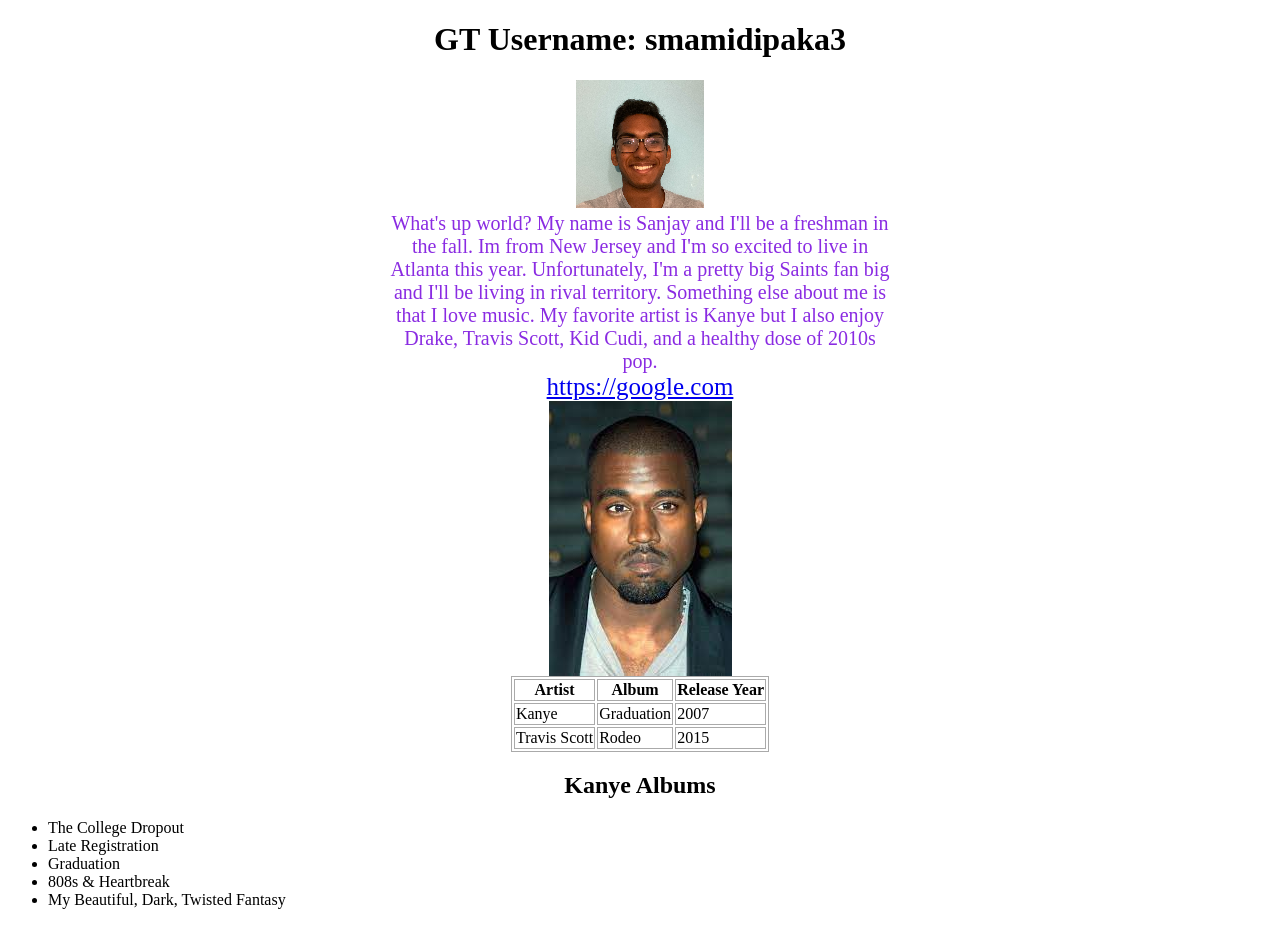
Repository: sanjayMamidipaka/cs1301
Page: lab01/index.html
The author's editor kept a copy of each file at every save. The page is drawn from the files as they stood at one save, then again after a run of saves.
The browser window is 1280 px wide. The pictures show the whole page.

Above is the page before, as saved 2021-07-22 17:03:26.

### lab01/index.html
<!DOCTYPE html>

<head>
    <link rel="stylesheet" href="style.css">
  </head>

  <div class = "h1">
    <h1>GT Username: smamidipaka3</h1>

    <img src="image.png" alt="My Picture">
    <p class = 'description'>
        What's up world? My name is Sanjay and I'll be a freshman in the fall. Im from New Jersey and I'm so excited to live in Atlanta this year.
        Unfortunately, I'm a pretty big Saints fan big and I'll be living in rival territory. Something else about me is that I love music. My favorite artist is Kanye but
        I also enjoy Drake, Travis Scott, Kid Cudi, and a healthy dose of 2010s pop.
    </p>

    <a class='link' href="https://google.com">https://google.com</a>

  </div>

  <a href="https://www.kanyewest.com/" >
    <img class='kanye' src="kanye.jpeg" alt="The GOAT's pic">
</a>

<table class='table'>
    <tr>
        <th>Artist</th>
        <th>Album</th>
        <th>Release Year</th>
    </tr>

    <tr>
        <td>Kanye</td>
        <td>Graduation</td>
        <td>2007</td>
    </tr>

    <tr>
        <td>Travis Scott</td>
        <td>Rodeo</td>
        <td>2015</td>
    </tr>
</table>

<div class='listdiv'></div>
    <h2 class='listtitle'>Kanye Albums</h2>

    <ul class='list'>
        <li>The College Dropout</li>
        <li>Late Registration</li>
        <li>Graduation</li>
        <li>808s & Heartbreak</li>
        <li>My Beautiful, Dark, Twisted Fantasy</li>
      </ul>
</div>

### lab01/style.css
.h1 {
    text-align: center
}

.description {
    width: 500px;
    text-align: center;
    margin: auto;
    color: blueviolet;
    font-size: 20px;
}

.link {
    font-size: 25px;
}

.kanye {
    display: block;
    margin-left: auto;
    margin-right: auto;
}

.table, th, td {
    border: 1px solid #aaaaaa;
    margin-left: auto;
    margin-right: auto;
}

.listtitle {
    text-align: center;
}

After the next 2 saves:
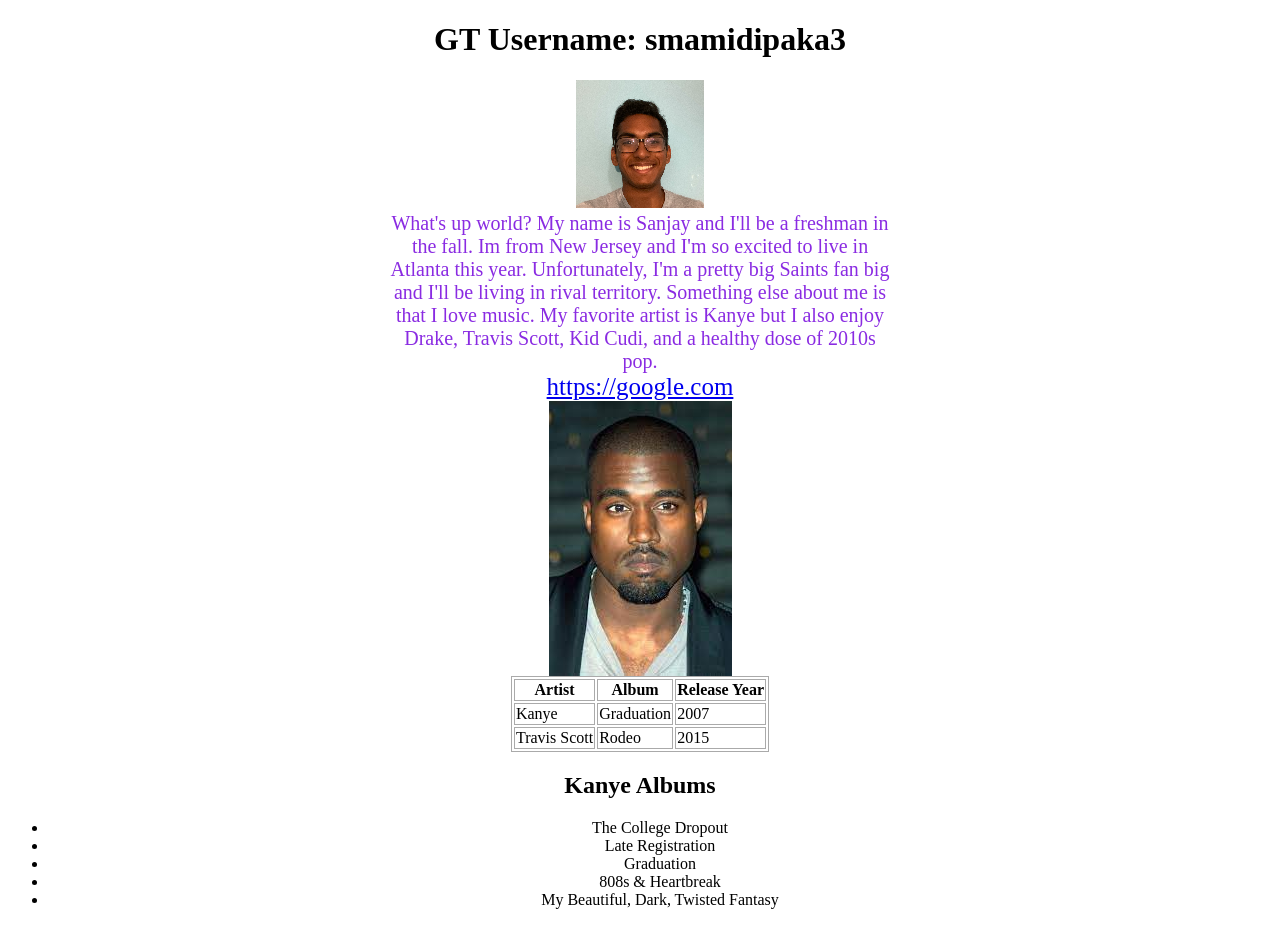
The 2 saves are shown as one change because they came seconds apart.
The last was saved 11 s later.
--- a/lab01/style.css
+++ b/lab01/style.css
@@ -29,3 +29,7 @@
 .listtitle {
     text-align: center;
 }
+
+.list {
+    text-align: center;
+}
